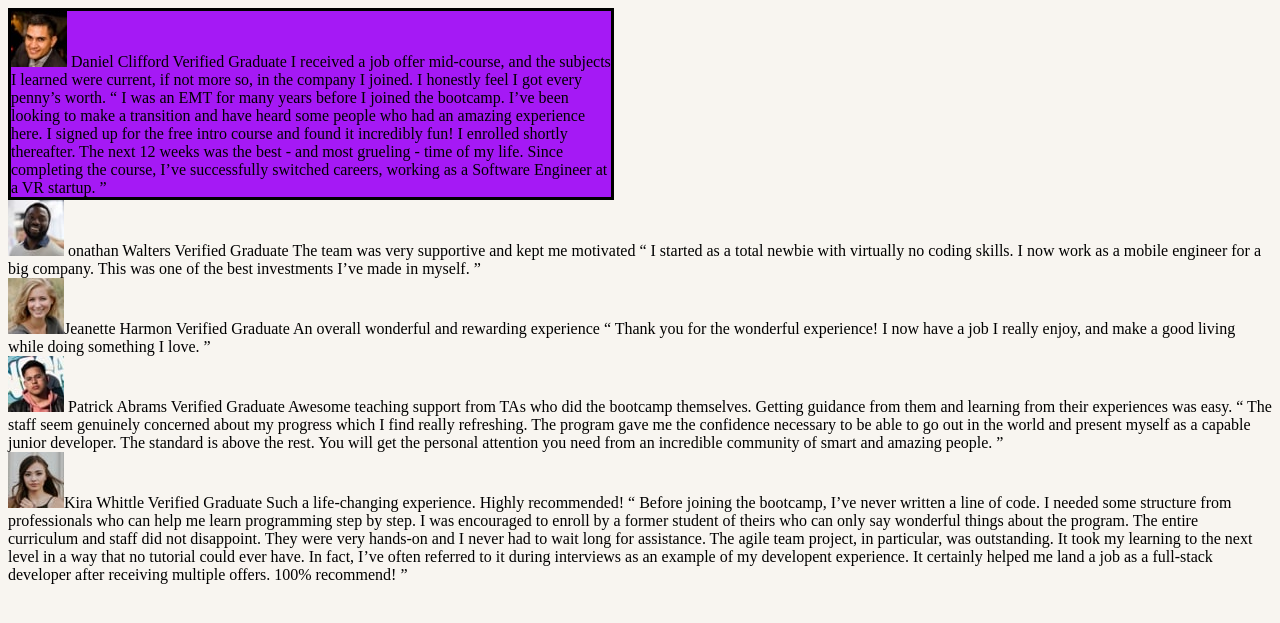
Repository: MagedElRefaey/Grid-Project
Page: Task.html
These files come from the project's save history. The page is drawn as it stood at one moment and after the next save; the edit follows.
The browser window is 1280 px wide. The pictures show the whole page.

Above is the page before, as saved 2024-09-13 19:44:42.

After the next save:
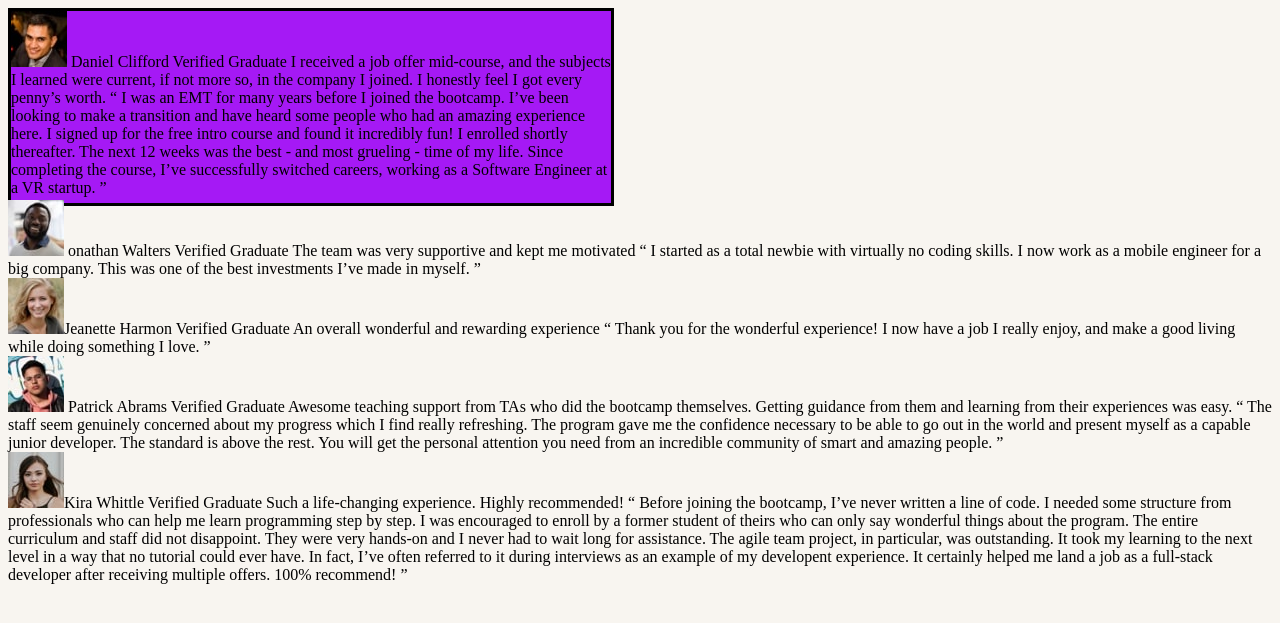
Saved 21 s later.
--- a/Style.css
+++ b/Style.css
@@ -1,7 +1,9 @@
 body{
     background-color: rgb(248, 245, 240);
 }
-
+.Container{
+    display: grid;
+}
 .David{
     height: 100%;
     width: 600px;
